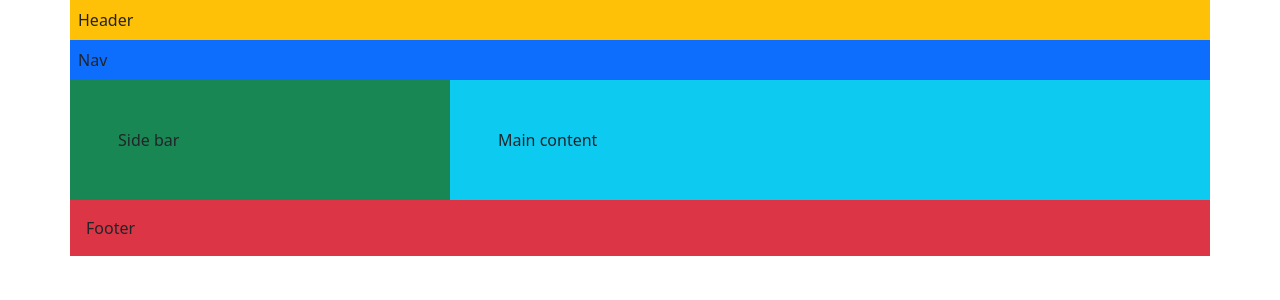
Repository: KizukoHeiwa/SOF308
Page: SOF308Slide1/demo2.html
An editor plug-in stored every save of this project. The page is shown before and after the next save, followed by the edit.
The browser window is 1280 px wide. The pictures show the whole page.

Above is the page before, as saved 2024-10-29 10:16:54.

After the next save:
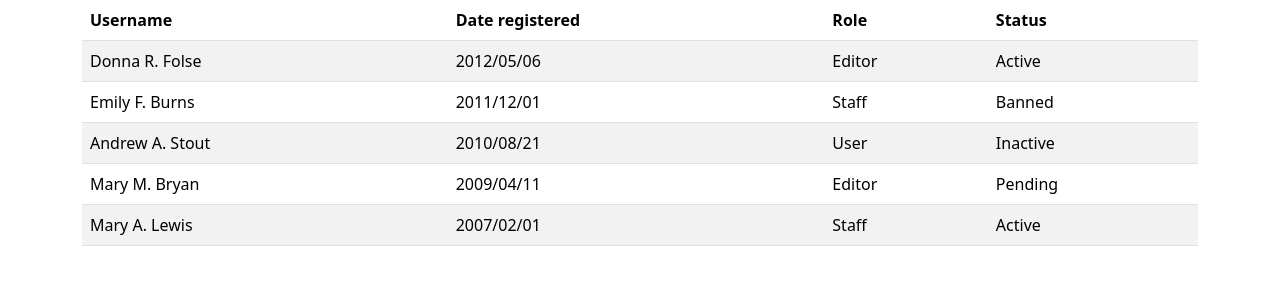
Saved 54 min 58 s later.
--- a/SOF308Slide1/demo2.html
+++ b/SOF308Slide1/demo2.html
@@ -11,13 +11,53 @@
   </head>
   <body>
     <div class="container">
-        <header class="row bg-warning p-2">Header</header>
-        <nav class="row bg-primary p-2">Nav</nav>
-        <section class="row">
-            <aside class="col-sm-4 bg-success p-5">Side bar</aside>
-            <article class="col-sm-8 bg-info p-5">Main content</article>
-        </section>
-        <footer class="row bg-danger p-3">Footer</footer>
+      <div class="row">
+        <div class="span5">
+                <table class="table table-striped table-condensed">
+                      <thead>
+                      <tr>
+                          <th>Username</th>
+                          <th>Date registered</th>
+                          <th>Role</th>
+                          <th>Status</th>
+                      </tr>
+                  </thead>
+                  <tbody>
+                    <tr>
+                        <td>Donna R. Folse</td>
+                        <td>2012/05/06</td>
+                        <td>Editor</td>
+                        <td><span class="label label-success">Active</span>
+                        </td>
+                    </tr>
+                    <tr>
+                        <td>Emily F. Burns</td>
+                        <td>2011/12/01</td>
+                        <td>Staff</td>
+                        <td><span class="label label-important">Banned</span></td>
+                    </tr>
+                    <tr>
+                        <td>Andrew A. Stout</td>
+                        <td>2010/08/21</td>
+                        <td>User</td>
+                        <td><span class="label">Inactive</span></td>
+                    </tr>
+                    <tr>
+                        <td>Mary M. Bryan</td>
+                        <td>2009/04/11</td>
+                        <td>Editor</td>
+                        <td><span class="label label-warning">Pending</span></td>
+                    </tr>
+                    <tr>
+                        <td>Mary A. Lewis</td>
+                        <td>2007/02/01</td>
+                        <td>Staff</td>
+                        <td><span class="label label-success">Active</span></td>
+                    </tr>
+                  </tbody>
+                </table>
+                </div>
+      </div>
     </div>
   </body>
 </html>
